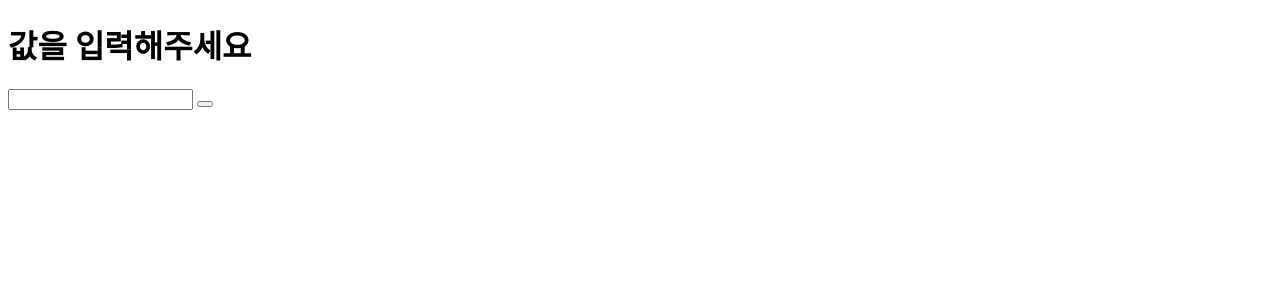
Repository: hjh5217/newJSP
Page: http://localhost/jspProj/basic/calcWeb.jsp
An editor plug-in stored every save of this project. The page is shown before and after the next save, followed by the edit.
The browser window is 1280 px wide. The pictures show the whole page.
The page is served by Tomcat 9.

Above is the page before, as saved 2023-07-27 06:10:02.

After the next save:
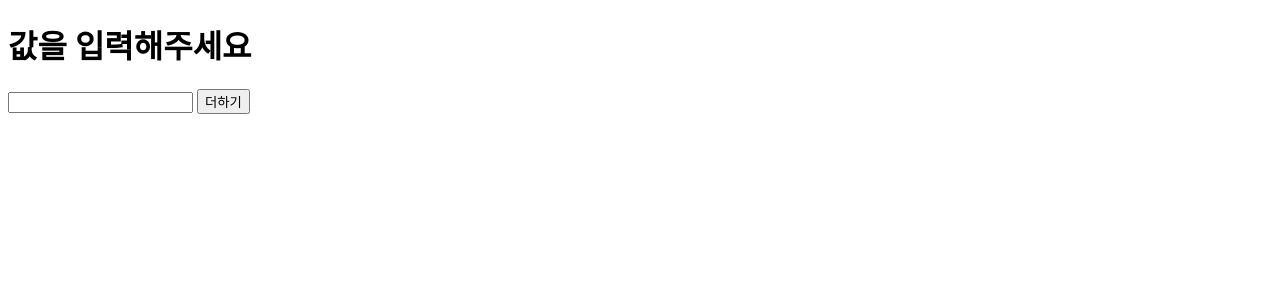
Saved 7 s later.
--- a/jspProj/src/main/webapp/basic/calcWeb.jsp
+++ b/jspProj/src/main/webapp/basic/calcWeb.jsp
@@ -9,6 +9,6 @@
 <body>
 	<h1>값을 입력해주세요</h1>
 	<input type="text">
-	<button type="submit"></button>
+	<button type="submit">더하기</button>
 </body>
 </html>
